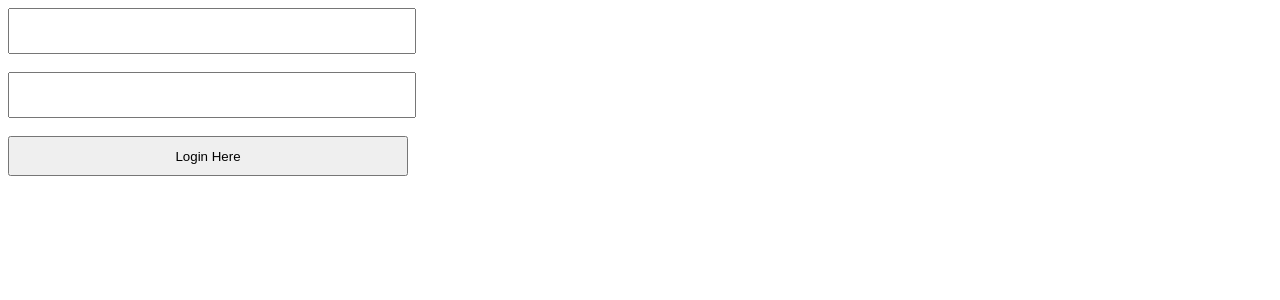
Repository: vaibhaokamble/MY_INSTITUTE_PUNE
Page: SERVLET/LoginServerApplication/src/main/webapp/login.html
The author's editor kept a copy of each file at every save. The page is drawn from the files as they stood at one save, then again after the next save.
The browser window is 1280 px wide. The pictures show the whole page.

Above is the page before, as saved 2022-10-18 09:30:48.

After the next save:
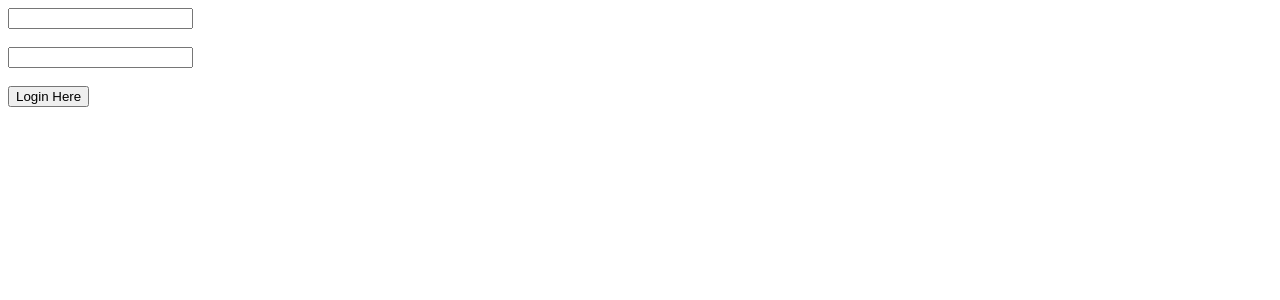
Saved 68 s later.
--- a/SERVLET/LoginServerApplication/src/main/webapp/login.html
+++ b/SERVLET/LoginServerApplication/src/main/webapp/login.html
@@ -3,11 +3,7 @@
 <head>
 <meta charset="UTF-8">
 <title>Insert title here</title>
-<style>
-.control {
-	width: 400px;
-	height: 40px;
-}
+<link rel="stylesheet" href="css/style.css" />
 </style>
 </head>
 <body>
